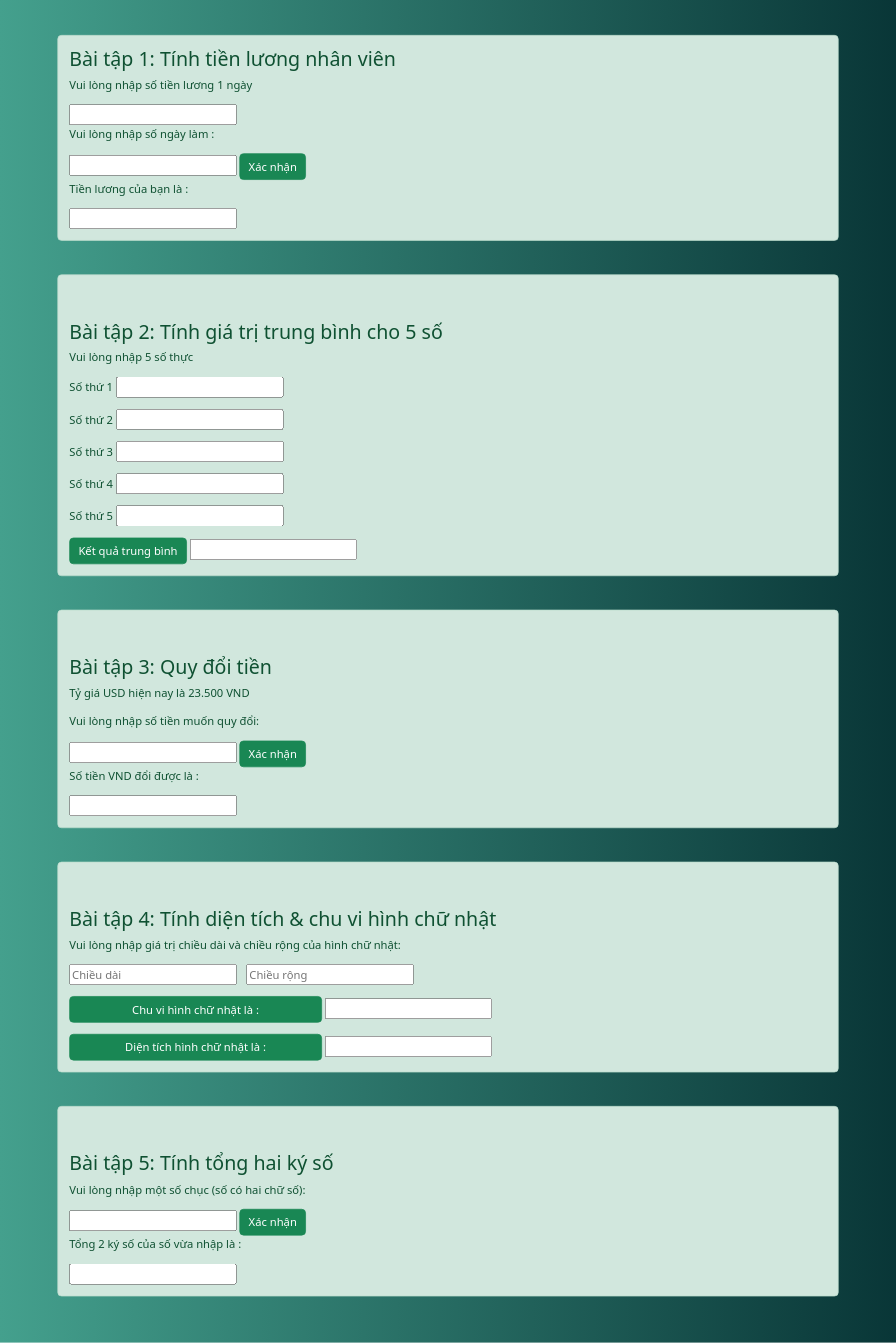
Repository: hcozyph/TranHuuPhuoc_BC43_BT_JS_Buoi2
Page: index.html
The author's editor kept a copy of each file at every save. The page is drawn from the files as they stood at one save, then again after the next save.
The browser window is 1280 px wide. The pictures show the whole page, at 70% of full size.

Above is the page before, as saved 2023-02-03 20:51:13.

### index.html
<!DOCTYPE html>
<html lang="en">
    <head>
        <title>BT JS - Buoi 1</title>
        <!-- Required meta tags -->
        <meta charset="utf-8" />
        <meta
            name="viewport"
            content="width=device-width, initial-scale=1, shrink-to-fit=no"
        />

        <!-- font-family -->
        <link
            href="//fonts.googleapis.com/css2?family=Pacifico&amp;display=swap"
            rel="stylesheet"
        />
        <link
            href="//fonts.googleapis.com/css2?family=Quicksand:wght@300;400;500;600;700&amp;display=swap"
            rel="stylesheet"
        />

        <!-- Bootstrap CSS v5.2.1 -->
        <link
            href="https://cdn.jsdelivr.net/npm/bootstrap@5.2.1/dist/css/bootstrap.min.css"
            rel="stylesheet"
            integrity="sha384-iYQeCzEYFbKjA/T2uDLTpkwGzCiq6soy8tYaI1GyVh/UjpbCx/TYkiZhlZB6+fzT"
            crossorigin="anonymous"
        />

        <!-- FontAwesome 6.2.0 CSS -->
        <link
            rel="stylesheet"
            href="https://cdnjs.cloudflare.com/ajax/libs/font-awesome/6.2.0/css/all.min.css"
            integrity="sha512-xh6O/CkQoPOWDdYTDqeRdPCVd1SpvCA9XXcUnZS2FmJNp1coAFzvtCN9BmamE+4aHK8yyUHUSCcJHgXloTyT2A=="
            crossorigin="anonymous"
            referrerpolicy="no-referrer"
        />

        <!-- index.css -->
        <link rel="stylesheet" href="./style/index.css" />
    </head>

    <body>
        <div class="btvn">
            <!-- BT1 -->
            <div class="container">
                <!-- BT-1 -->
                <div class="BT1 alert alert-success">
                    <h1 class="fs-3">Bài tập 1: Tính tiền lương nhân viên</h1>

                    <!-- <div class="col-4"> -->
                    <p>Vui lòng nhập số tiền lương 1 ngày</p>

                    <input type="text" id="luongMotNgay" />
                    <!-- </div> -->

                    <p>Vui lòng nhập số ngày làm :</p>
                    <input type="number" id="soNgayLam" />
                    <button
                        class="btn btn-success"
                        id="btnXacNhan"
                        onclick="inputSoNgayLam()"
                    >
                        Xác nhận
                    </button>
                    <p>Tiền lương của bạn là :</p>
                    <input type="text" id="result" />
                </div>

                <!-- BT2 -->
                <div class="BT2 alert alert-success mt-5">
                    <h1 class="fs-3 mt-5">
                        Bài tập 2: Tính giá trị trung bình cho 5 số
                    </h1>
                    <p>Vui lòng nhập 5 số thực</p>

                    <p>Số thứ 1 <input type="number" id="n1" /></p>
                    <p>Số thứ 2 <input type="number" id="n2" /></p>
                    <p>Số thứ 3 <input type="number" id="n3" /></p>
                    <p>Số thứ 4 <input type="number" id="n4" /></p>
                    <p>Số thứ 5 <input type="number" id="n5" /></p>

                    <button
                        class="btn btn-success"
                        id="btnAverage"
                        onclick="average()"
                    >
                        Kết quả trung bình
                    </button>
                    <input type="text" id="average" />
                </div>

                <!-- BT3 -->
                <div class="BT3 alert alert-success mt-5">
                    <h1 class="fs-3 mt-5">Bài tập 3: Quy đổi tiền</h1>
                    <p>Tỷ giá USD hiện nay là 23.500 VND</p>
                    <p>Vui lòng nhập số tiền muốn quy đổi:</p>

                    <input type="number" id="inputUsd" />
                    <button
                        class="btn btn-success"
                        id="btnTradeMoney"
                        onclick="tradeMoney ()"
                    >
                        Xác nhận
                    </button>

                    <p>Số tiền VND đổi được là :</p>
                    <input type="text" id="tradeMoney" />
                </div>

                <!-- BT4 -->
                <div class="BT4 alert alert-success mt-5">
                    <h1 class="fs-3 mt-5">
                        Bài tập 4: Tính diện tích & chu vi hình chữ nhật
                    </h1>
                    <p>
                        Vui lòng nhập giá trị chiều dài và chiều rộng của hình
                        chữ nhật:
                    </p>

                    <input type="number" id="length" placeholder="Chiều dài" />
                    <input
                        style="margin-left: 10px"
                        type="number"
                        id="width"
                        placeholder="Chiều rộng"
                    />

                    <div class="chuVi mt-3">
                        <button class="btn btn-success col-4" onclick="chuVi()">
                            Chu vi hình chữ nhật là :
                        </button>
                        <input type="number" id="chuVi" />
                    </div>

                    <div class="dienTich mt-3">
                        <button
                            class="btn btn-success col-4"
                            onclick="dienTich()"
                        >
                            Diện tích hình chữ nhật là :
                        </button>
                        <input type="number" id="dienTich" />
                    </div>
                </div>

                <!-- BT5 -->
                <div class="BT5 alert alert-success mt-5">
                    <h1 class="fs-3 mt-5">Bài tập 5: Tính tổng hai ký số</h1>
                    <p>Vui lòng nhập một số chục (số có hai chữ số):</p>
                    <input type="number" id="inputSoChuc" />
                    <button class="btn btn-success" onclick="tong2KySo()">
                        Xác nhận
                    </button>
                    <p>Tổng 2 ký số của số vừa nhập là :</p>
                    <input type="number" id="tong2KySo" />
                </div>
            </div>
        </div>

        <!-- Bootstrap JavaScript Libraries -->
        <script
            src="https://cdn.jsdelivr.net/npm/@popperjs/core@2.11.6/dist/umd/popper.min.js"
            integrity="sha384-oBqDVmMz9ATKxIep9tiCxS/Z9fNfEXiDAYTujMAeBAsjFuCZSmKbSSUnQlmh/jp3"
            crossorigin="anonymous"
        ></script>

        <script
            src="https://cdn.jsdelivr.net/npm/bootstrap@5.2.1/dist/js/bootstrap.min.js"
            integrity="sha384-7VPbUDkoPSGFnVtYi0QogXtr74QeVeeIs99Qfg5YCF+TidwNdjvaKZX19NZ/e6oz"
            crossorigin="anonymous"
        ></script>

        <!-- js customize -->
        <script src="./index.js"></script>
    </body>
</html>

### style/index.css
.btvn {
    background: linear-gradient(to right, rgb(68, 160, 141), rgb(9, 54, 55));
    background-repeat: no-repeat;
    background-size: cover;
    margin: 0 auto;
    padding: 50px;
}

### index.js
//BT1: Tính tiền lương nhân viên
function inputSoNgayLam () {
    //input:
    var soNgayLam = document.getElementById('soNgayLam').value;
    var luongMotNgay = document.getElementById('luongMotNgay').value;

    //output:
    var result = 0;

    //progress
    var result = parseInt(soNgayLam) * parseInt(luongMotNgay);

    document.getElementById('result').value = result.toLocaleString() + ' VND';
}

//BT2: Tính trung bình cộng 5 số
function average () {
    //input:
    var n1 = document.getElementById('n1').value;
    var n2 = document.getElementById('n2').value;
    var n3 = document.getElementById('n3').value;
    var n4 = document.getElementById('n4').value;
    var n5 = document.getElementById('n5').value;
    //output:
    var average = 0;
    const soLuongInput = 5;

    //progress
    var sum = parseFloat(n1) + parseFloat(n2) + parseFloat(n3) + parseFloat(n4) + parseFloat(n5);

    var average =  sum / parseFloat(soLuongInput) ;

    document.getElementById('average').value = average;
}

//BT3: Quy đổi tiền
function tradeMoney () {
    //input
    var inputUsd = document.getElementById('inputUsd').value;
    const tyGia = 23500;

    //output
    var tradeMoney = 0;

    //progress
    var tradeMoney = parseInt(inputUsd) * parseInt(tyGia);
    document.getElementById('tradeMoney').value = tradeMoney.toLocaleString() + ' VND';
}

//BT4: Tính chu vi & diện tích hình chữ nhật
function chuVi () {
    // input
    var length = document.getElementById('length').value;
    var width = document.getElementById('width').value;

    //output
    var chuVi = ( parseInt(length) + parseInt(width) ) * 2;

    //progress
    document.getElementById('chuVi').value = chuVi.toLocaleString();
}


function dienTich () {
    // input
    var length = document.getElementById('length').value;
    var width = document.getElementById('width').value;

    //output
    var dienTich = parseInt(length) * parseInt(width) ;

    //progress
    document.getElementById('dienTich').value = dienTich.toLocaleString();
}


//BT5: Tính tổng hai ký số
function tong2KySo () {
    //input
    var inputSoChuc = document.getElementById('inputSoChuc').value;
    var hangChuc = 0;
    var hangDonVi = 0;

    //output
    var tong2KySo = 0;

    //progress
    var hangChuc = Math.floor(Number(inputSoChuc)/10)
    var hangDonVi = Math.floor(Number(inputSoChuc)%10)
    var tong2KySo = parseInt(hangChuc) + parseInt(hangDonVi);

    document.getElementById('tong2KySo').value = tong2KySo;
}
/*
Link vercel:
https://tran-huu-phuoc-bc-43-bt-js-buoi1.vercel.app/
*/

After the next save:
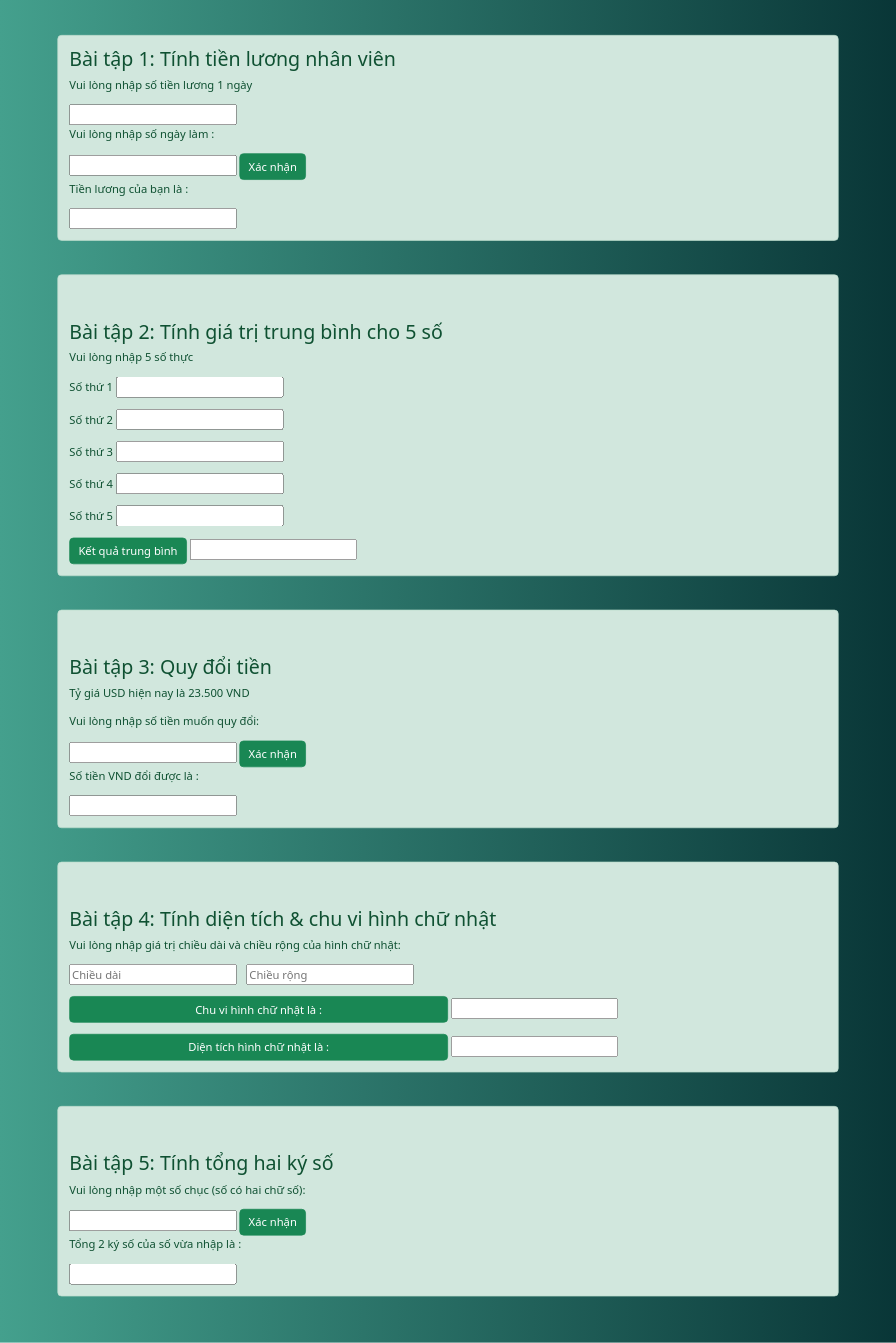
Saved 6 s later.
--- a/index.html
+++ b/index.html
@@ -128,7 +128,7 @@
                     />
 
                     <div class="chuVi mt-3">
-                        <button class="btn btn-success col-4" onclick="chuVi()">
+                        <button class="btn btn-success col-6" onclick="chuVi()">
                             Chu vi hình chữ nhật là :
                         </button>
                         <input type="number" id="chuVi" />
@@ -136,7 +136,7 @@
 
                     <div class="dienTich mt-3">
                         <button
-                            class="btn btn-success col-4"
+                            class="btn btn-success col-6"
                             onclick="dienTich()"
                         >
                             Diện tích hình chữ nhật là :
